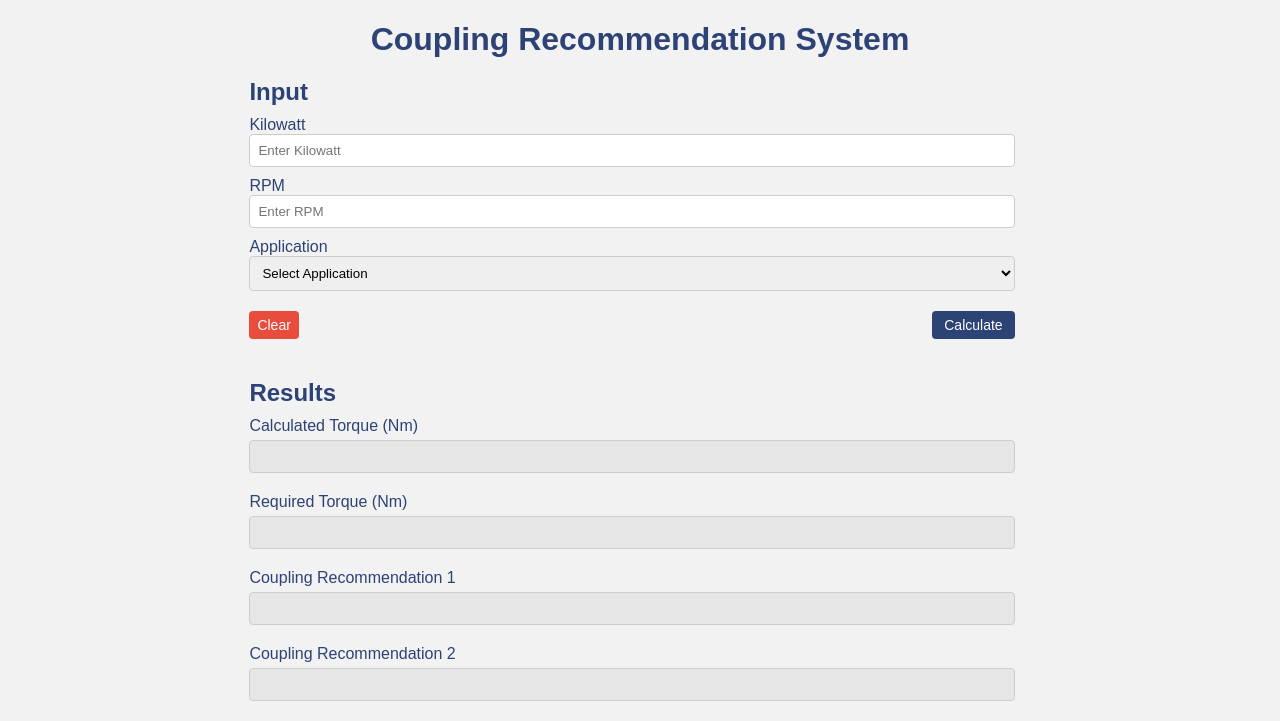
Repository: JustinSadie/calculator
Page: newIndex.html
The author's editor kept a copy of each file at every save. The page is drawn from the files as they stood at one save, then again after the next save.
The browser window is 1280 px wide. The pictures show the whole page.

Above is the page before, as saved 2024-08-25 17:26:10.

After the next save:
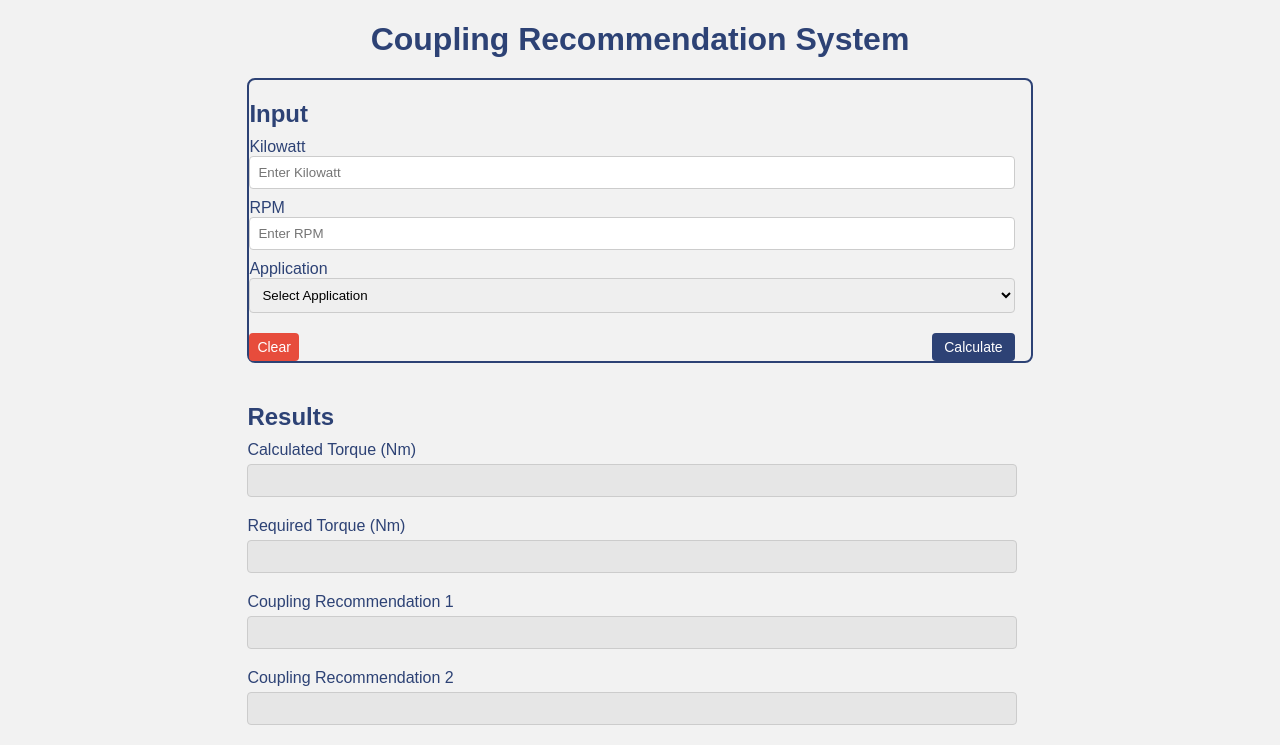
Saved 31 s later.
--- a/newCSS.css
+++ b/newCSS.css
@@ -15,9 +15,9 @@
   padding: 20px;
   background-color: #ffffff;
   box-shadow: 0 0 10px rgba(0, 0, 0, 0.1);
-  border: 2px solid #2d4275; /* Add border around the container */
+  border: 2px solid #2d4275;
   border-radius: 8px;
-  box-sizing: border-box; /* Include padding and border in the width */
+  box-sizing: border-box;
 }
 
 h1 {
@@ -29,6 +29,10 @@
 /* Input section styling */
 .input-section {
   margin-bottom: 20px;
+
+  border: 2px solid #2d4275;
+  border-radius: 8px;
+  box-sizing: border-box;
 }
 
 .input-section h2 {

After the save that followed:
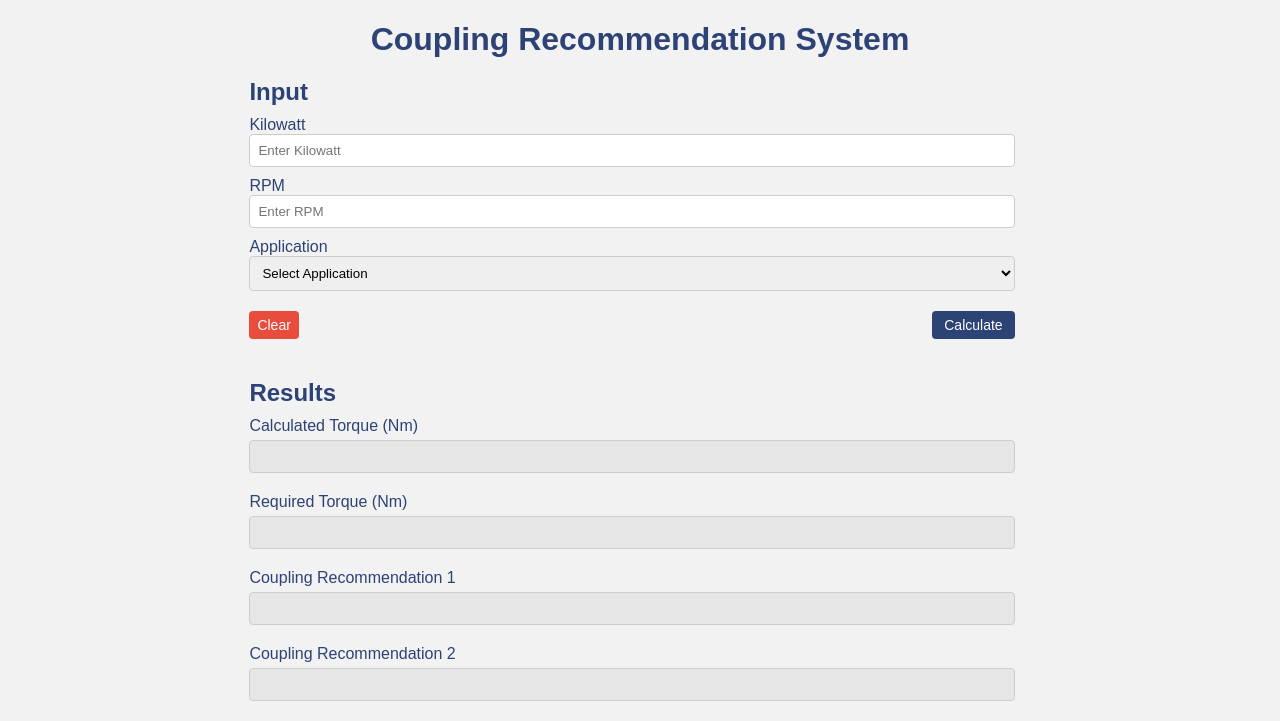
Saved 25 s later.
--- a/newCSS.css
+++ b/newCSS.css
@@ -29,10 +29,7 @@
 /* Input section styling */
 .input-section {
   margin-bottom: 20px;
-
-  border: 2px solid #2d4275;
-  border-radius: 8px;
-  box-sizing: border-box;
+  margin-block-start: 10px;
 }
 
 .input-section h2 {
